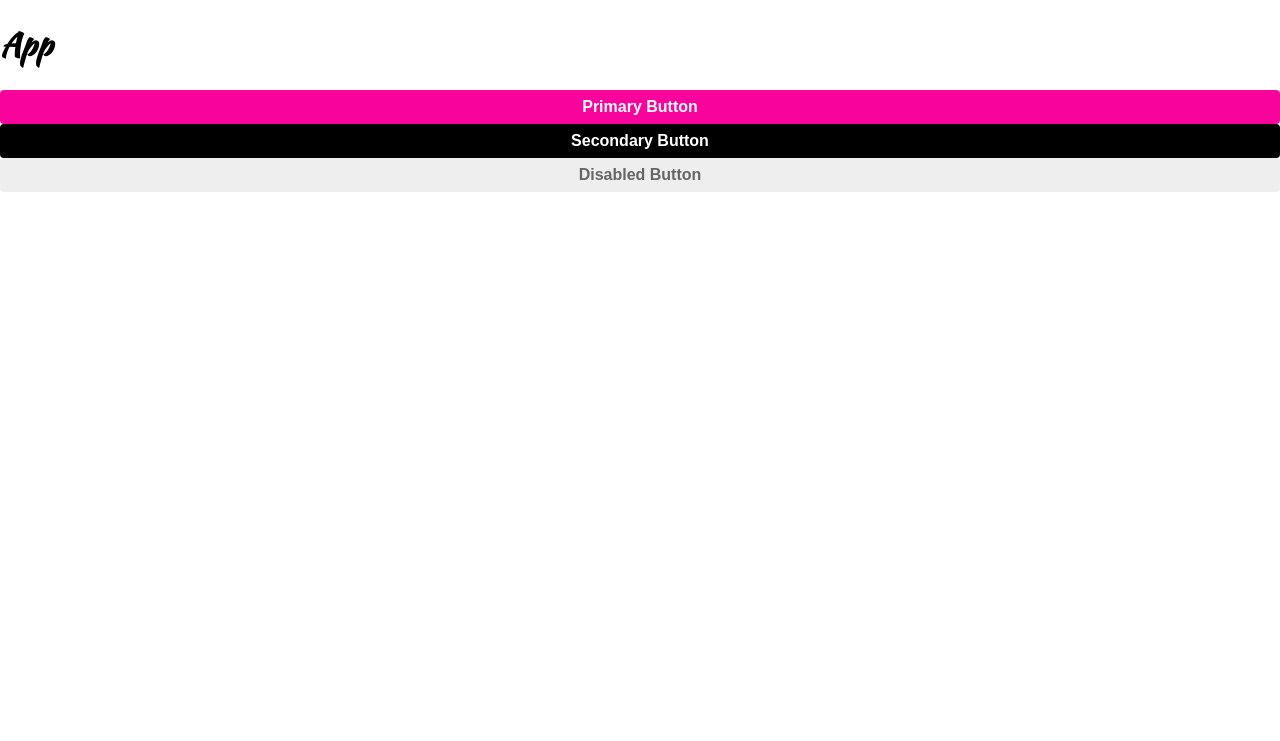
Repository: matehuslucena/styled-component-v5
Page: /
An editor plug-in stored every save of this project. The page is shown before and after the next save, followed by the edit.
The browser window is 1280 px wide. The pictures show the whole page.
The project was rebuilt for these pictures with package versions that can differ from the ones it lists, and the page was loaded fresh each time.

Above is the page before, as saved 2022-02-08 20:38:39.

After the next save:
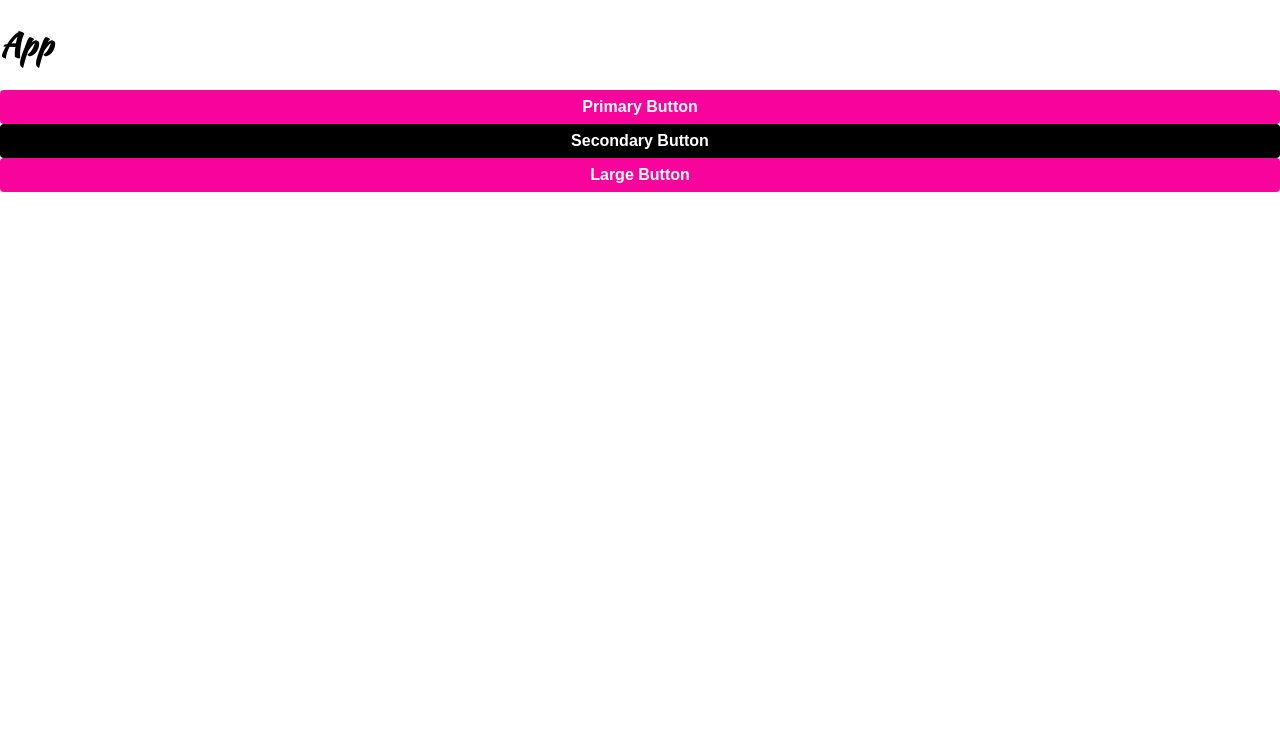
Saved 5 min 34 s later.
--- a/src/components/App.js
+++ b/src/components/App.js
@@ -19,7 +19,7 @@ function App() {
       <h1>App</h1>
       <Button>Primary Button</Button>
       <Button secondary>Secondary Button</Button>
-      <Button disabled>Disabled Button</Button>
+      <Button large>Large Button</Button>
     </>
   );
 }
